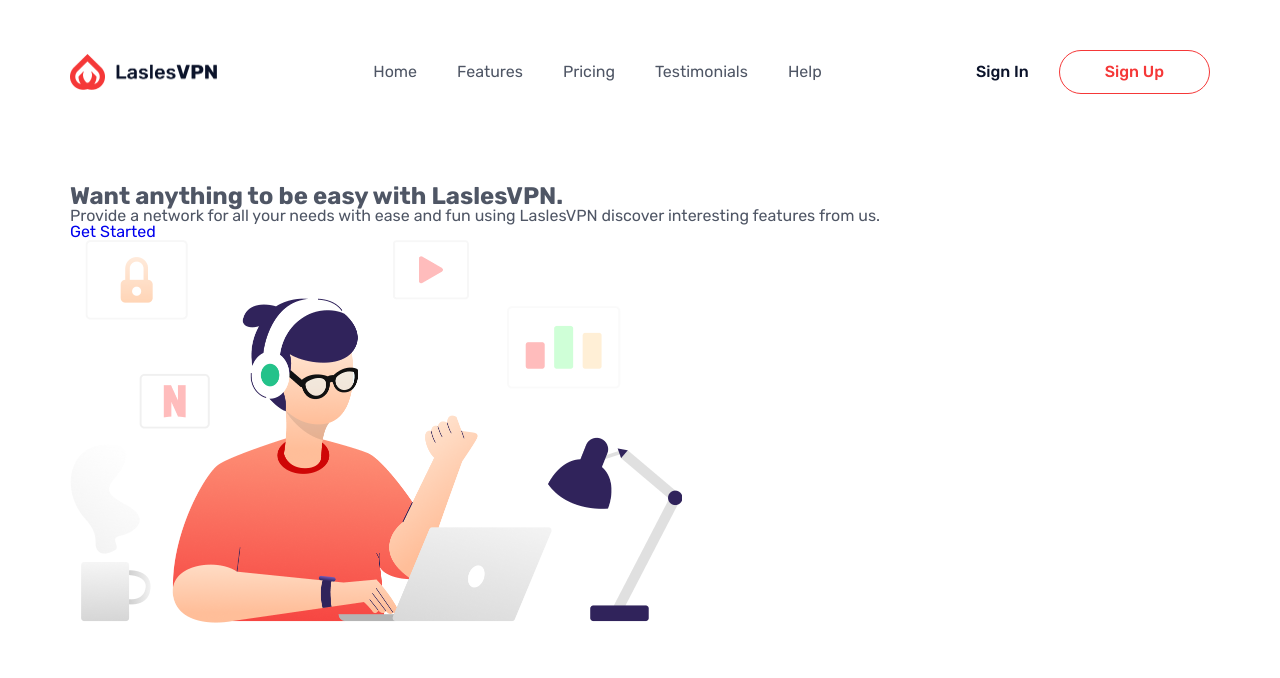
Repository: kebinh1235/lasles-demo
Page: index.html
An editor plug-in stored every save of this project. The page is shown before and after the next save, followed by the edit.
The browser window is 1280 px wide. The pictures show the whole page.
The style sheet was rebuilt from its Sass, Less or Tailwind sources for each picture, by a compiler version that may differ from the author's.

Above is the page before, as saved 2021-10-30 13:15:39.

### index.html
<!DOCTYPE html>
<html lang="en">
<head>
  <meta charset="UTF-8">
  <meta http-equiv="X-UA-Compatible" content="IE=edge">
  <meta name="viewport" content="width=device-width, initial-scale=1.0">
  <title>Lales VPN</title>
  <!-- Google Font -->
  <link rel="preconnect" href="https://fonts.googleapis.com">
  <link rel="preconnect" href="https://fonts.gstatic.com" crossorigin>
  <link href="https://fonts.googleapis.com/css2?family=Nunito:wght@300;400&family=Rubik:wght@400;500;700&display=swap" rel="stylesheet">
  <!-- CSS -->
  <link rel="stylesheet" href="./css/app.css">
</head>
<body>
  <div class="wrapper">
    <header class="header">
      <div class="container">
        <div class="header__container">
          <img class="header__logo" srcset="./images/logo.png 2x" alt="Logo">
          <ul class="menu">
            <li class="menu-item">
              <a href="#" class="menu-link">Home</a>
            </li>
            <li class="menu-item">
              <a href="#" class="menu-link">Features</a>
            </li>
            <li class="menu-item">
              <a href="#" class="menu-link">Pricing</a>
            </li>
            <li class="menu-item">
              <a href="#" class="menu-link">Testimonials</a>
            </li>
            <li class="menu-item">
              <a href="#" class="menu-link">Help</a>
            </li>
          </ul>
          <div class="header__auth">
            <a href="#" class="header__auth-signin">Sign In</a>
            <a href="#" class="header__auth-signup">Sign Up</a>
          </div>
        </div>
      </div>
    </header>
    <main>
      <section class="hero">
        <div class="container">
          <div class="hero__container">
            <div class="hero__content">
              <h1 class="hero__title">
                Want anything to be easy with <strong>LaslesVPN.</strong>
              </h1>
              <p class="hero__desc">Provide a network for all your needs with ease and fun using LaslesVPN discover interesting features from us.</p>
              <a href="#" class="btn btn-primary">Get Started</a>
            </div>
            <div class="hero__img">
              <img srcset="./images/hero.png 2x" alt="">
            </div>
          </div>
        </div>
      </section>
    </main>
  </div>
</body>
</html>

### sass/app.scss
@import "variables";
@import "global";
@import "reset";
@import "header";
@import "hero";

### sass/_variables.scss
$font: "Rubik", sans-serif;
$text-color: #4f5665;
$heading-color: #0b132a;
$primary-color: #f53838;
$gray-color: #DDE0E4;

### sass/_global.scss
.wrapper {
  max-width: 1440px;
  margin: 0 auto;
}
.container {
  max-width: 1170px;
  padding: 0 15px;
  margin: 0 auto;
}
body {
  font-family: $font;
  color: $text-color;
  line-height: 1;
  font-weight: 400;
}

### sass/_reset.scss
html {
box-sizing: border-box;
}
* {
  margin: 0;
  padding: 0;
  text-decoration: none;
  list-style: none;
}
*,*:before,*:after {
box-sizing: border-box;
}
input,
textarea,
select,
button{
outline: none;
}
input{
line-height: normal;
}
label,
button{
cursor: pointer;
}
a {
text-decoration: none;
}
img {
display: block;
max-width: 100%;
}

### sass/_header.scss
.header {
  padding-top: 50px;
  padding-bottom: 90px;
  &__container {
    display:flex;
    justify-content: space-between;
    align-items: center;
  }
  &__auth {
    display:flex;
    align-items: center;
    gap: 0 30px;
    text-transform: capitalize;
    font-weight: 500;
    &-signin {
      color: $heading-color;
    }
    &-signup {
      color: $primary-color;
      border: 1px solid $primary-color;
      padding: 13px 45px;
      border-radius: 100rem;
    }

  }
}
.menu {
  display: flex;
  align-self: center;
  gap: 0 40px;
  &-link {
    color: inherit;
  }
}

### sass/_hero.scss
.hero {
  &__container {
    display:flex;
    justify-content: space-between;
    align-items: center;
    flex-wrap: wrap;
  }
  &__content {

  }
  &__img {

  }
}

After the next save:
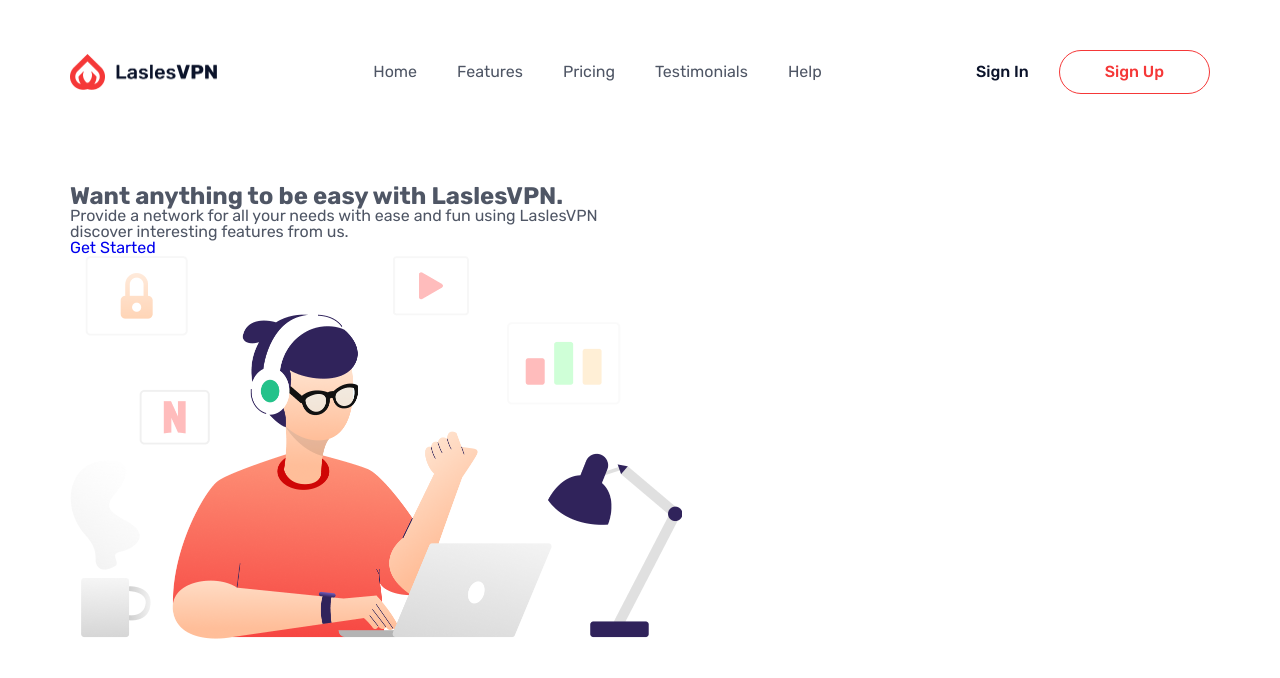
Saved 4 min 4 s later.
--- a/sass/_hero.scss
+++ b/sass/_hero.scss
@@ -6,7 +6,7 @@
     flex-wrap: wrap;
   }
   &__content {
-
+    max-width: 555px;
   }
   &__img {
 
